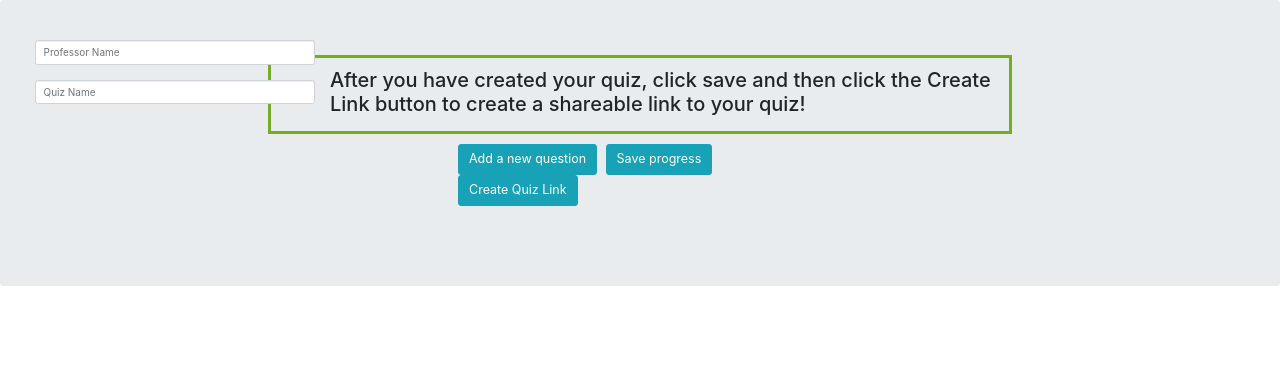
Repository: phillipdacosta/QuizemsNew
Page: /#/home
These files come from the project's save history. The page is drawn as it stood at one moment and after the next save; the edit follows.
The browser window is 1280 px wide. The pictures show the whole page.
Some web libraries are served in a nearby version. The project was rebuilt for these pictures with package versions that can differ from the ones it lists, and the page was loaded fresh each time. Also part of the build but not shown: angular.json, src/app/quiz/quiz.component.ts, src/app/about/about.component.ts, src/app/student/student.component.ts, src/app/questions/questions.component.ts, src/app/question-display/question-display.component.ts, src/app/timer/timer.component.ts.

Above is the page before, as saved 2019-06-30 16:50:27.

After the next save:
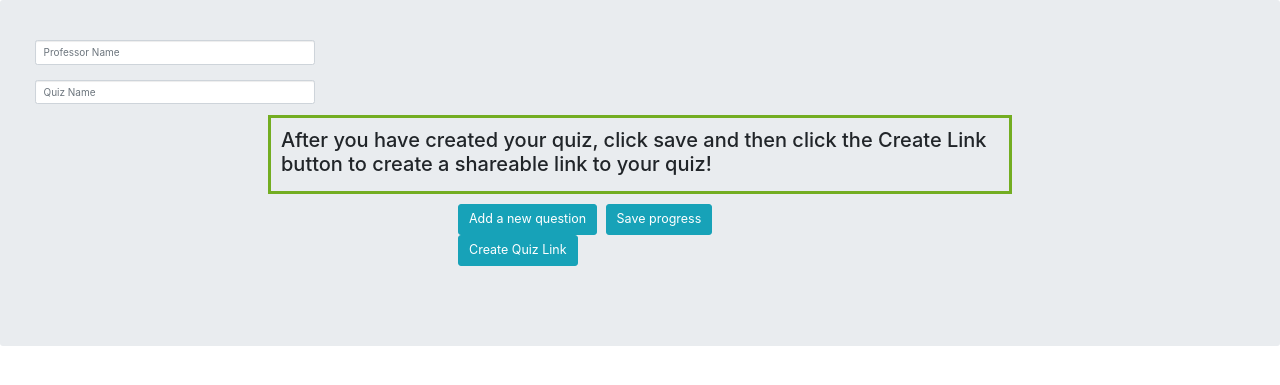
Saved 25 s later.
--- a/src/app/professor/professor.component.html
+++ b/src/app/professor/professor.component.html
@@ -64,6 +64,10 @@
         </div>
 
   <br>
+  <br>
+   <br>
+    <br>
+     <br>
 
   <div class = "heading">
   <h2>After you have created your quiz, click save and then click the Create Link button to create a shareable link to your quiz!</h2>
